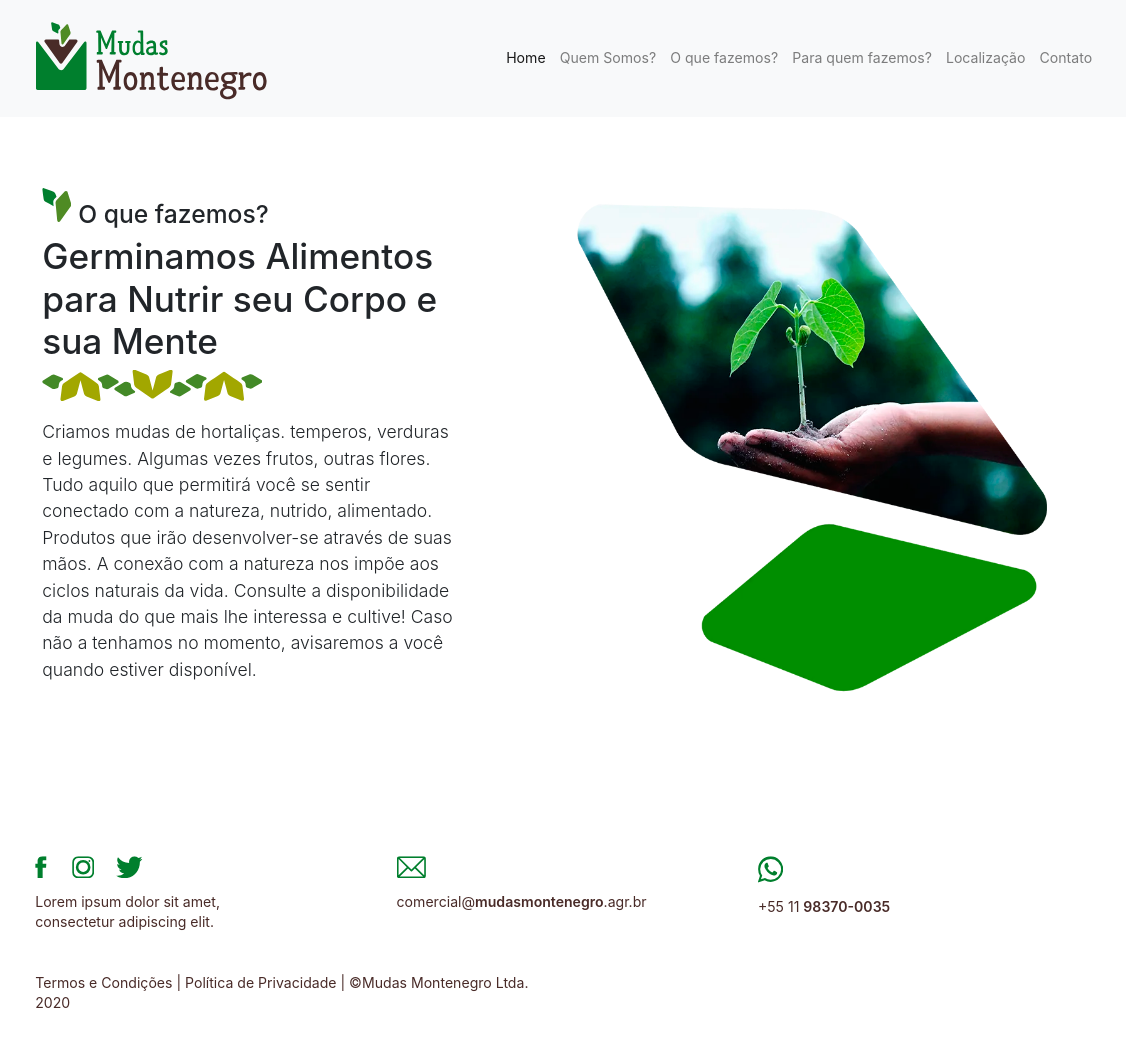
Repository: MaKnok/mudas-montenegro
Page: o-que-fazemos.html
These files come from the project's save history. The page is drawn as it stood at one moment and after the next save; the edit follows.
The browser window is 1280 px wide. The pictures show the whole page, at 88% of full size.
Some web libraries are served in a nearby version.

Above is the page before, as saved 2021-06-16 11:49:17.

After the next save:
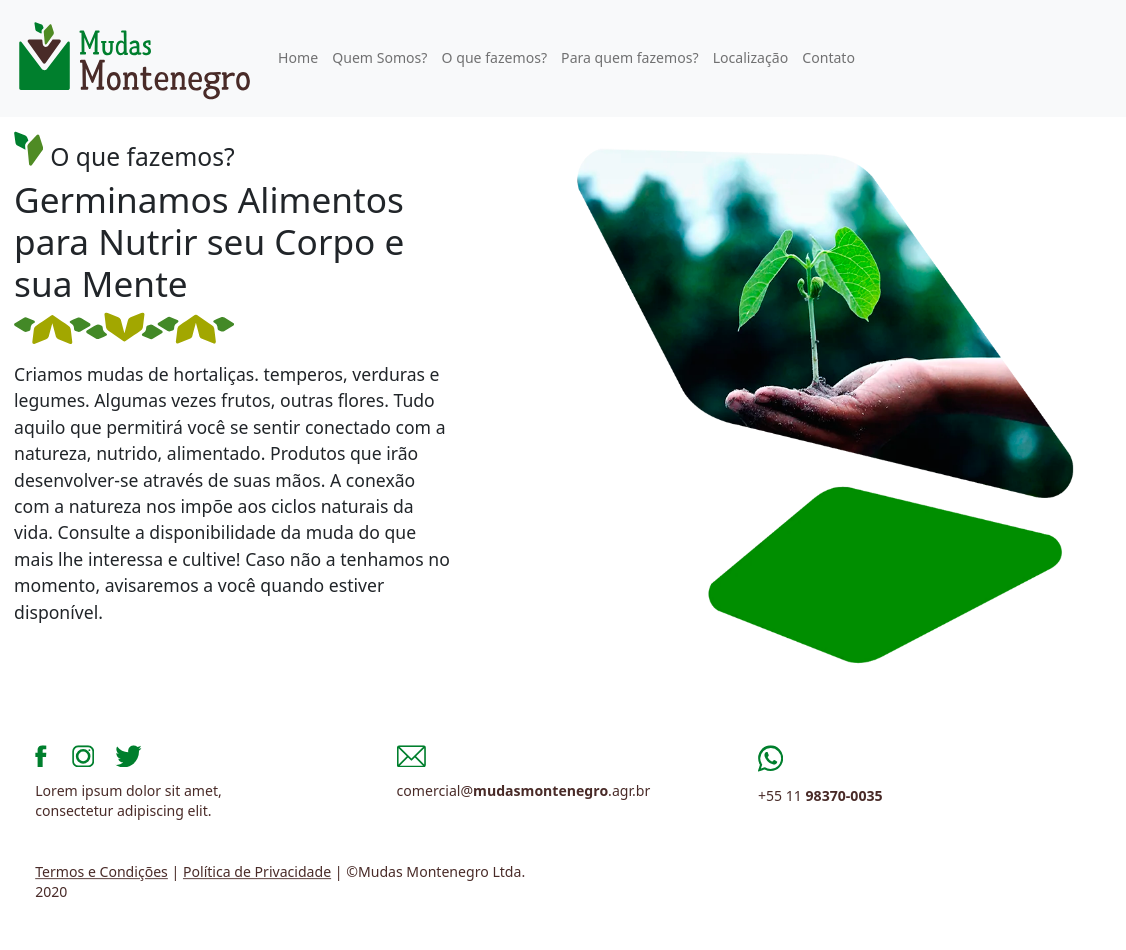
Saved 92 s later.
--- a/o-que-fazemos.html
+++ b/o-que-fazemos.html
@@ -1,19 +1,17 @@
 <!DOCTYPE html>
 <html lang="pt-br">
+
 <head>
 
-	<meta charset="utf-8">
-	<meta name="viewport" content="width=device-width, initial-scale=1">
-	<link rel="icon" type="image/png" href="img/icons/favicon.png"/>
-	<title>Mudas Montenegro</title>
-	<link rel="stylesheet" href="https://maxcdn.bootstrapcdn.com/bootstrap/4.0.0/css/bootstrap.min.css">
-	<script src="https://ajax.googleapis.com/ajax/libs/jquery/3.3.1/jquery.min.js"></script>
-	<script src="https://cdnjs.cloudflare.com/ajax/libs/popper.js/1.12.9/umd/popper.min.js"></script>
-	<script src="https://maxcdn.bootstrapcdn.com/bootstrap/4.0.0/js/bootstrap.min.js"></script>
-	<script src="https://use.fontawesome.com/releases/v5.0.8/js/all.js"></script>
-	<link href="style.css" rel="stylesheet">
+    <meta charset="utf-8">
+    <meta name="viewport" content="width=device-width, initial-scale=1">
+    <link rel="icon" type="image/png" href="img/icons/favicon.png"/>
+    <title>Mudas Montenegro</title>
+    <link href="https://cdn.jsdelivr.net/npm/bootstrap@5.0.1/dist/css/bootstrap.min.css" rel="stylesheet" integrity="sha384-+0n0xVW2eSR5OomGNYDnhzAbDsOXxcvSN1TPprVMTNDbiYZCxYbOOl7+AMvyTG2x" crossorigin="anonymous">
+    <script src="https://use.fontawesome.com/releases/v5.0.8/js/all.js"></script>
+    <link href="style.css" rel="stylesheet">
+</head>
 
-</head>
 <body>
 
 <!-- Navigation -->
@@ -134,5 +132,7 @@
 
 </footer>
 
+<script src="https://cdn.jsdelivr.net/npm/bootstrap@5.0.1/dist/js/bootstrap.bundle.min.js" integrity="sha384-gtEjrD/SeCtmISkJkNUaaKMoLD0//ElJ19smozuHV6z3Iehds+3Ulb9Bn9Plx0x4" crossorigin="anonymous"></script>
+
 </body>
 </html>
